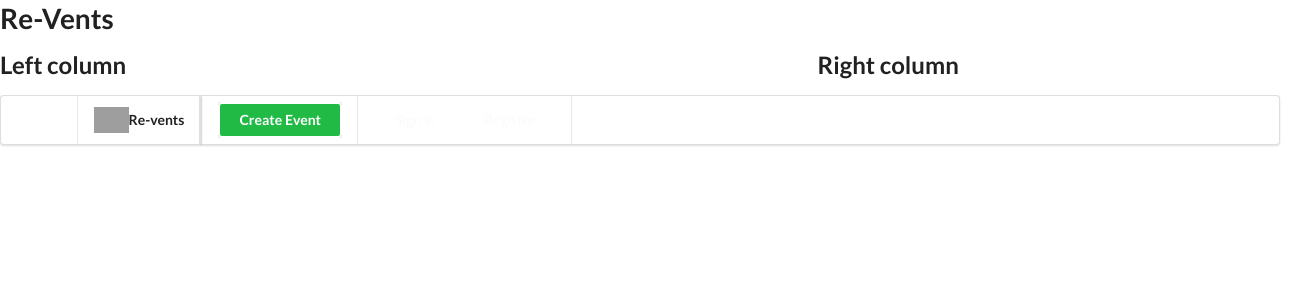
Repository: Preranabaruah/react-semantic-ui
Page: /
The author's editor kept a copy of each file at every save. The page is drawn from the files as they stood at one save, then again after the next save.
The browser window is 1280 px wide. The page is 1294 px wide, so the pictures cover 1294 px, including what lies to the right of the window. The pictures show the whole page.
Pictures or frames that could not be fetched are drawn as grey boxes. The project was rebuilt for these pictures with package versions that can differ from the ones it lists, and the page was loaded fresh each time. Also part of the build but not shown: vite.config.ts.

Above is the page before, as saved 2023-09-08 13:12:28.

After the next save:
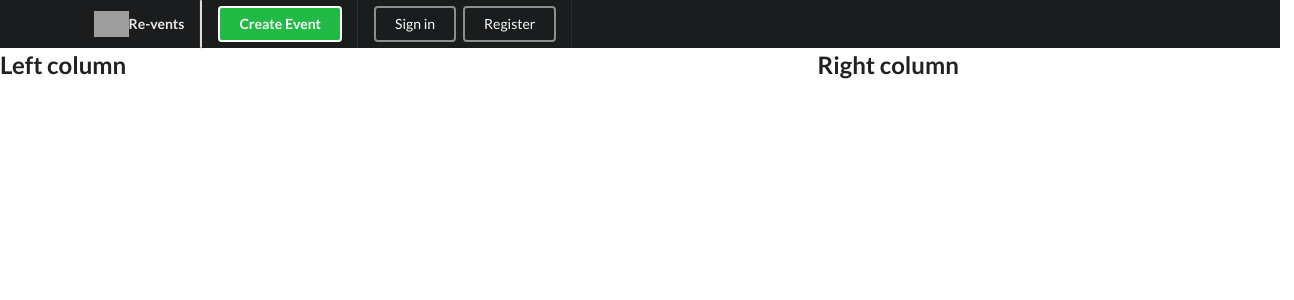
Saved 27 s later.
--- a/src/features/nav-bar/index.tsx
+++ b/src/features/nav-bar/index.tsx
@@ -3,7 +3,7 @@ import { Menu, Container, Button } from "semantic-ui-react";
 const NavBar = () => {
   return (
     <>
-      <Menu inverted-fixed="top">
+      <Menu inverted fixed="top">
         <Container>
           <Menu.Item header>
             <img src="/src/assets/react.svg" />
